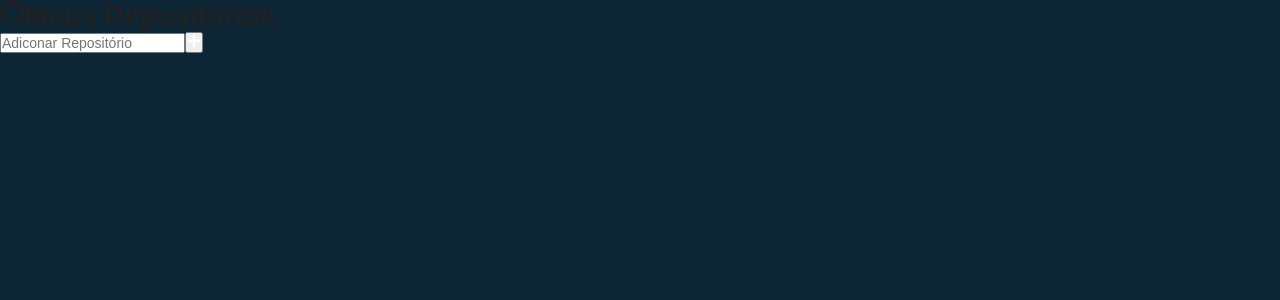
Repository: wellingtondevops/repo-git
Page: /
The author's editor kept a copy of each file at every save. The page is drawn from the files as they stood at one save, then again after the next save.
The browser window is 1280 px wide. The pictures show the whole page.
The project was rebuilt for these pictures with package versions that can differ from the ones it lists, and the page was loaded fresh each time. A package was used in the major version that the imports need, not the one package.json lists. Also part of the build but not shown: src/pages/Repositorio/index.js.

Above is the page before, as saved 2025-06-24 21:04:48.

### src/index.js
import React from 'react';
import { createRoot } from 'react-dom/client';
import App from './App';

const container = document.getElementById('root');
const root = createRoot(container);

root.render(
  <React.StrictMode>
    <App />
  </React.StrictMode>
)

### src/App.js
import Routes from "./routes";
import GlobalStyles from "./styles/global";




function App() {
  return (
   <>
   <GlobalStyles/>
   <Routes/>
   </>

  );
}

export default App;

### src/routes.js
import React from "react";
import {BrowserRouter,Route,Switch} from "react-router-dom"
import Main from "./pages/Main";
import Repositorio from "./pages/Repositorio";



export default function Routes(){

return(
    <BrowserRouter>
    <Switch>
        <Route exact path="/" component={Main}/>
        <Route exact path="/repositorio/:repositorio" component={Repositorio}/>
    </Switch>
    </BrowserRouter>
)

}

### src/styles/global.js
import { createGlobalStyle } from "styled-components"

export default createGlobalStyle`
*{
    margin: 0;
    padding: 0;
    outline: 0;
    box-sizing: border-box;

}

html, body, #root{
    min-height: 100%;
}

body{
    background: #0D2636;
    font-size: 14px;
    -webkit-font-smoothing: antialiased !important;
}

body, input, button{
    color: #222;
    font-size: 14px;
    font-family: Arial, Helvetica, sans-serif;
}

button{
    cursor: pointer;

}






`

### src/pages/Main/index.js
import React from "react";
import { FaGithub, FaPlus } from "react-icons/fa"
import { Container, Form, SubmitButton } from "./style";

export default function Main() {
    return (
        <Container>
            <h1>
                <FaGithub size={25} />
                Meus Repositórios
            </h1>
            <Form onSubmit={() => { }}>
                <input type="text" placeholder="Adiconar Repositório"></input>
                <SubmitButton>
                    <FaPlus color="#FFF" size={14} />
                </SubmitButton>
            </Form>
        </Container>

    )
}

### src/pages/Main/style.js
import styled from "styled-components";

export const Container = styled.div`

`;

export const Form = styled.form`

`;
export const SubmitButton = styled.button`

`;

Loaded but not shown: public/index.html (common file)

After the next save:
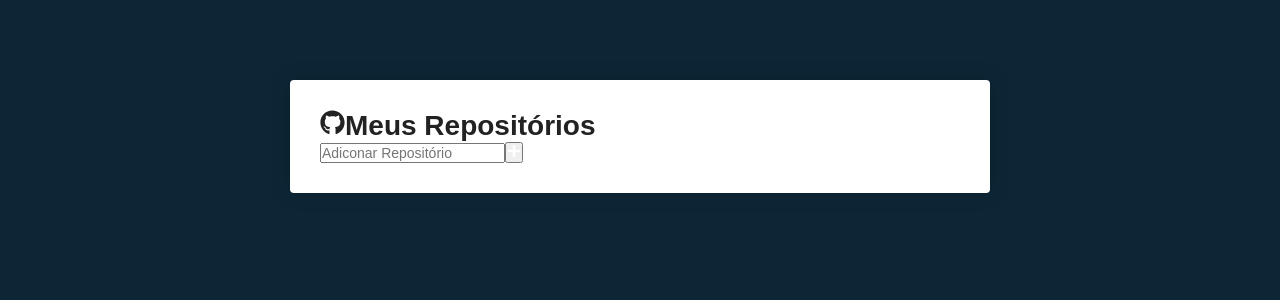
Saved 79 s later.
--- a/src/pages/Main/style.js
+++ b/src/pages/Main/style.js
@@ -1,6 +1,13 @@
 import styled from "styled-components";
 
 export const Container = styled.div`
+max-width: 700px;
+background-color: #FFF;
+border-radius: 4px;
+box-shadow: 0 0 20px rgba(0,0,0,0.2);;
+padding: 30px;
+margin: 80px auto;
+
 
 `;
 
